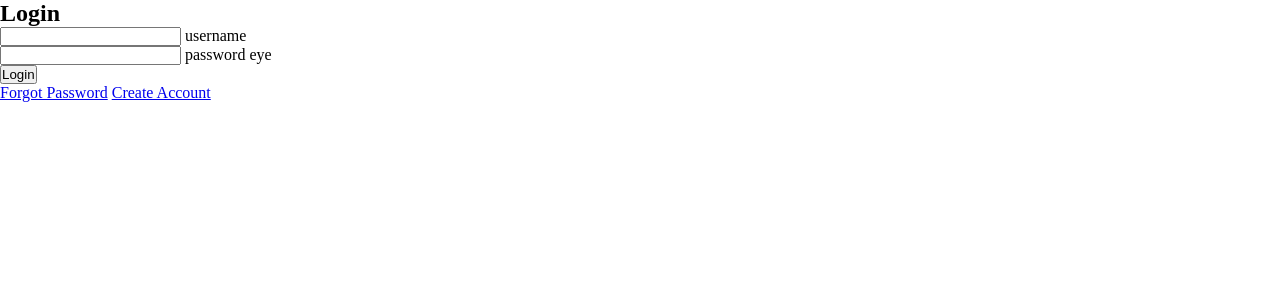
Repository: wingming07/Agro_mart
Page: login/login.html
The author's editor kept a copy of each file at every save. The page is drawn from the files as they stood at one save, then again after a run of saves.
The browser window is 1280 px wide. The pictures show the whole page.

Above is the page before, as saved 2025-06-10 16:56:05.

### login/login.html
<!DOCTYPE html>
<html lang="en">
<head>
    <meta charset="UTF-8">
    <meta name="viewport" content="width=device-width, initial-scale=1.0">
    <title>AgroMart-login</title>
    <link rel="stylesheet" href="style.css">
</head>
<body>
    <div class="login-container">
        <form class="login-form" onsubmit="return validateLogin()">
            <h2>Login</h2>
                <div class="input-group">
                    <input type="text" id="username" required>
                    <label for="username">username</label>
                </div>
                <div class="input-group">
                    <input type="password" id="password" required>
                    <label for="password">password</label>
                <span class="toggle-password" onclick="togglepassword()">eye</span>
                </div>
                <button type="submit">Login</button>
                <div class+="extra-options">
                    <a href="#">Forgot Password</a>
                        <a href="#">Create Account</a>
                </div>
        </form>
    </div>
    <script src="script.js"></script>
</body>
</html>

### login/style.css
@import url('https://fonts.googleapis.com/css2? family=poppins:wght@400;600&display=swap');
*{
    margin:0;
    padding:0;
    box-sizing: border-box;
    font
}

Loaded but not shown: login/script.js (no copy from this time; the picture is the same without it)

After the next 3 saves:
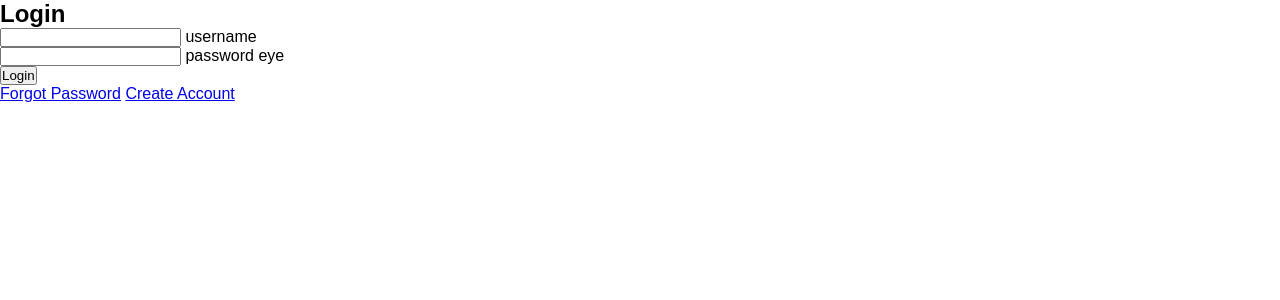
The 3 saves are shown as one change because they came seconds apart.
The last was saved 7 s later.
--- a/login/style.css
+++ b/login/style.css
@@ -3,5 +3,5 @@
     margin:0;
     padding:0;
     box-sizing: border-box;
-    font
+    font-family: sans-serif;
 }
